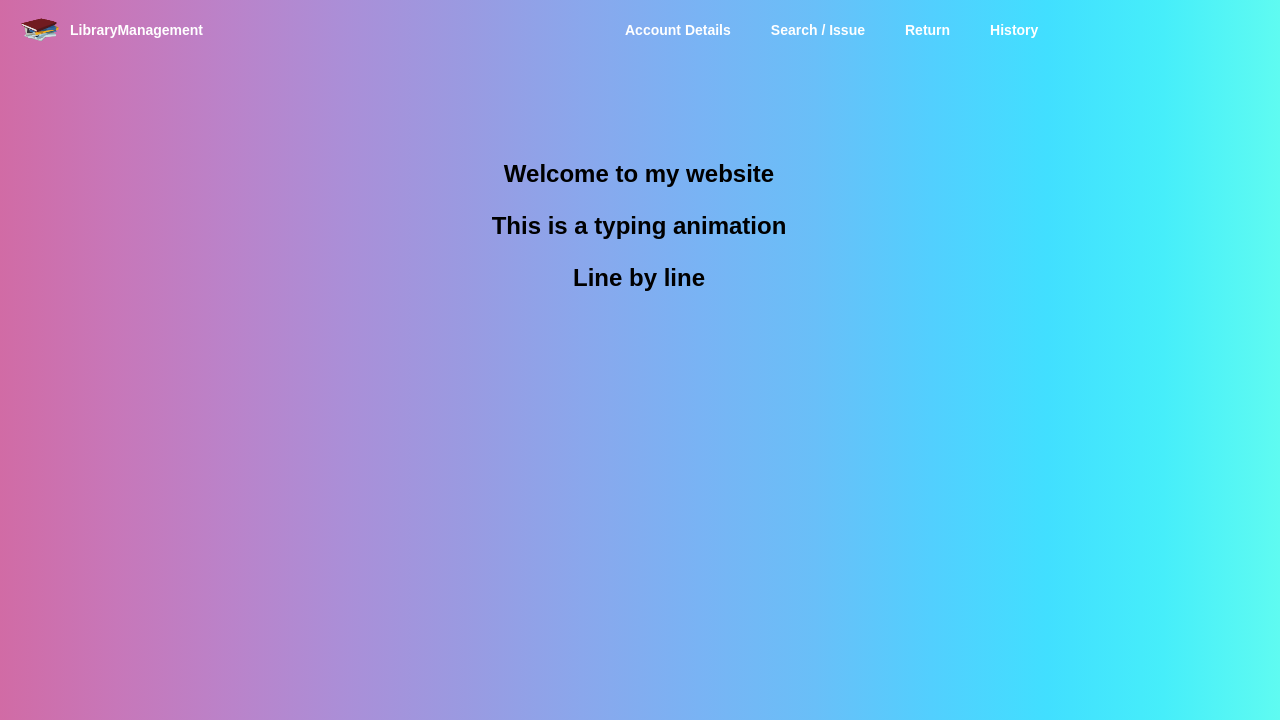
Repository: amitSai12/CMS
Page: http://localhost/LibraryManagementDemo/Menu2.jsp
The author's editor kept a copy of each file at every save. The page is drawn from the files as they stood at one save, then again after the next save.
The browser window is 1280 px wide. The pictures show the whole page.
The page is served by Tomcat 9. Other server files are loaded and not shown.

Above is the page before, as saved 2023-10-01 22:26:49.

### Day1_Thu/LibraryManagementDemo/src/main/webapp/Menu2.jsp
<!DOCTYPE html PUBLIC "-//W3C//DTD HTML 4.01 Transitional//EN" "http://www.w3.org/TR/html4/loose.dtd">
<html>
<head>
<meta http-equiv="Content-Type" content="text/html; charset=ISO-8859-1">
<title>User Account Page</title>
<link rel="stylesheet" href="menu2.css">
</head>
<body>


	<div class="logo">
		<img
			src="kisspng-book-clip-art-vector-books-5aa7e41834c997.8769820715209523442162.png"
			alt="Your Logo"> <span class="logo-text">LibraryManagement</span>

	<div class="menu">
		<div class="atwo">
			<a href="AccountDetails.jsp">Account Details</a>
		</div>
		<div class="atwo">
			<a href="Search.jsp">Search / Issue</a>
		</div>
		<div class="atwo">
			<a href="TranBook.jsp">Return</a>
		</div>
		<div class="atwo">
			<a href="History.jsp">History</a>
		</div>
	</div>
	</div>

  <div class="typing-text-container">
    <p class="typing-text">Welcome to my website</p>
    <p class="typing-text">This is a typing animation</p>
    <p class="typing-text">Line by line</p>
  </div>




</body>
</html>

### Day1_Thu/LibraryManagementDemo/src/main/webapp/menu2.css
body {
    font-family: Arial, sans-serif;
	background-image: linear-gradient(to right, #d16ba5, #c777b9, #ba83ca, #aa8fd8, #9a9ae1, #8aa7ec, #79b3f4, #69bff8, #52cffe, #41dfff, #46eefa, #5ffbf1);
	margin: 0;
    padding: 0;
}


 Add a class to control the overlay opacity */
body.loaded::before {
    opacity: 0; /* Fully transparent to reveal the background */
}
.logo {

    display: flex;
    align-items: center;
    padding: 10px 20px;
    color: white;
    margin-bottom: 20px; /* Adjust margin to create space below the logo */

}

/* Style the logo image */
.logo img {
    width: 40px; /* Adjust the width as needed */
    height: 40px; /* Adjust the height as needed */
    margin-right: 10px; /* Add some spacing between the image and text */
}

/* Style the logo text */
.logo-text {
    font-size: 14px; /* Adjust the font size as needed */
    font-weight: bold; /* Make the text bold */
}

.menu {
	 position: fixed;
    display: flex;
    justify-content: flex-end; /* Move menu to the right top corner */
    padding: 10px 20px; /* Adjust padding as needed */
    border-radius: 31px;
   margin-left: 565px;
}

.menu a {
    text-decoration: none; /* Remove the default underline */
    color: white;
    font-weight: bold;
    padding: 10px 20px;
    border-radius: 5px;
    position: relative; /* Add relative positioning */
    transition: color 0.3s;/* Add transitions for color and background-color */
    font-size: 14px;
}

.menu a-text {
    font-size: 6px; /* Adjust the font size as needed */
    font-weight: bold;
}

.menu a::before {
    content: ""; /* Create an empty pseudo-element */
    position: absolute; /* Set absolute positioning */
    bottom: 0; /* Position it at the bottom */
    left: 10%; /* Align it with the left edge of the link */
    width: 0%; /* Initially, the width is 0% */
    height: 2px; /* Set the height of the underline */
   background-image: linear-gradient(to right, #1b009f, #131d93, #1b2a84, #273273, #323961, #353b57, #393d4d, #3d3e42, #3c3c3f, #3a3a3c, #39393a, #373737); /* Color of the underline */
    transition: width 0.5s ease; /* Add a transition for width */
}

.menu a:hover {
 color:rgb(255, 255, 255);

}

.typing-text-container {
  text-align: center;
  margin-top: 100px;
}

/* Style the typing effect */
.typing-text {
  font-size: 24px;
  font-weight: bold;
  white-space: nowrap; /* Prevent text from wrapping */
  overflow: hidden; /* Hide overflowing text */
  border-right: 2px solid transparent; /* Create a blinking cursor effect */
  animation: typing 2s steps(40, end), blink-caret 0.75s step-end infinite;
  animation-delay: 0.5s; /* Delay each paragraph animation */
}

@keyframes typing {
  from {
    width: 0;
  }
  to {
    width: 100%;
  }
}

@keyframes blink-caret {
  from, to {
    border-color: transparent;
  }
  50% {
    border-color: #000; /* Change the cursor color */
  }

}

After the next save:
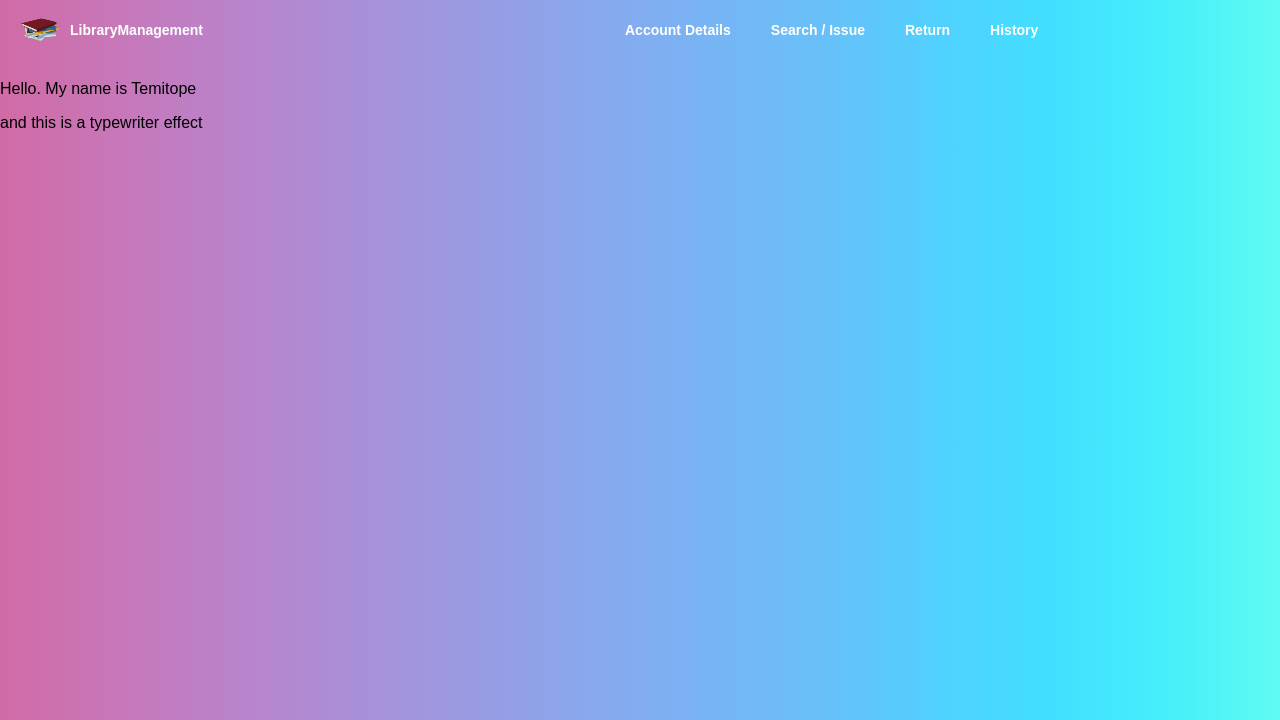
Saved 7 min 51 s later.
--- a/Day1_Thu/LibraryManagementDemo/src/main/webapp/Menu2.jsp
+++ b/Day1_Thu/LibraryManagementDemo/src/main/webapp/Menu2.jsp
@@ -29,11 +29,10 @@
 	</div>
 	</div>
 
-  <div class="typing-text-container">
-    <p class="typing-text">Welcome to my website</p>
-    <p class="typing-text">This is a typing animation</p>
-    <p class="typing-text">Line by line</p>
-  </div>
+  <div class="container">
+      <p class="first_line">Hello. My name is Temitope</p>
+      <p class="second_line">and this is a typewriter effect</p>
+    </div>
 
 
 
